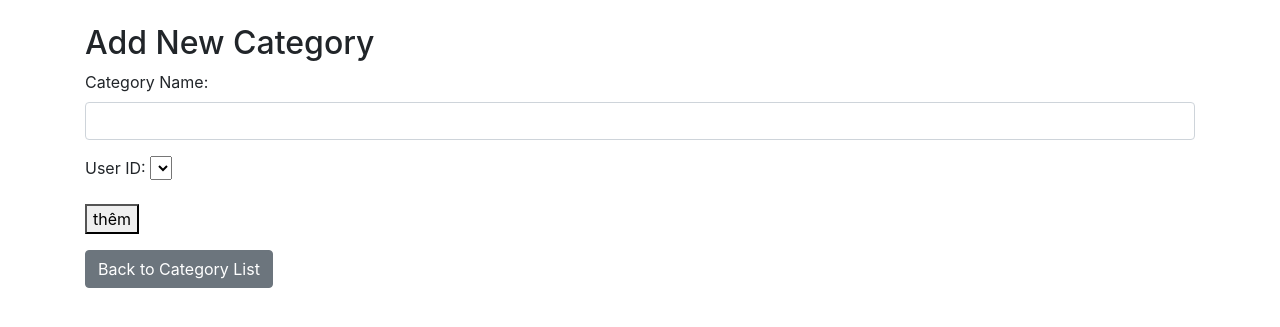
Repository: PhanVanHoa051204/Project3
Page: http://localhost/Project3/ChiTieu/addcategory.jsp
The author's editor kept a copy of each file at every save. The page is drawn from the files as they stood at one save, then again after the next save.
The browser window is 1280 px wide. The pictures show the whole page.
The page is served by Tomcat 9. Other server files are loaded and not shown. Queries for data that is not in the repository find no rows.

Above is the page before, as saved 2025-03-12 14:11:43.

### PhanVanHoa_2210900023_K22CNT1/Project3/src/main/webapp/ChiTieu/addcategory.jsp
<%@ page language="java" contentType="text/html; charset=UTF-8" pageEncoding="UTF-8"%>
<%@ page
	import="com.financemanager.dao.CategoryDAO,com.financemanager.dao.UserDao, com.financemanager.model.Category,com.financemanager.model.User , java.util.*"%>
<!DOCTYPE html>
<html lang="en">
<head>
    <meta charset="UTF-8">
    <meta name="viewport" content="width=device-width, initial-scale=1.0">
    <title>Add New Category</title>
    <link rel="stylesheet" href="https://stackpath.bootstrapcdn.com/bootstrap/4.5.2/css/bootstrap.min.css">
</head>
<body class="container">
    <h2 class="mt-4">Add New Category</h2>

    <!-- Form để thêm danh mục mới -->
    <form action="${pageContext.request.contextPath }/categories" method="post">
    <input type = "hidden" name = "action" value = "add">
        <div class="form-group">
            <label for="category_name">Category Name:</label>
            <input type="text" class="form-control" id="category_name" name="category_name" required>
        </div>

        <div class="form-group">
			<label for="user_id">User ID:</label> <select id="user_id"
				name="user_id">
				<% List<User> listUser = UserDao.getAllUsers();
            	for(User user : listUser ){
            	%>
				<option value="<%= user.getUserId()%>"><%= user.getUserId()%></option>
				<%} %>
			</select>

		</div>

        <button type = "submit">thêm</button>
    </form>

    <!-- Quay lại danh sách danh mục -->
    <a href="categories.jsp" class="btn btn-secondary mt-3">Back to Category List</a>
</body>
</html>

### PhanVanHoa_2210900023_K22CNT1/Project3/src/main/java/com/financemanager/dao/UserDao.java
package com.financemanager.dao;

import java.sql.Connection;
import java.sql.PreparedStatement;
import java.sql.ResultSet;
import java.sql.SQLException;
import java.sql.Statement;
import java.util.ArrayList;
import java.util.List;

import com.financemanager.model.User;
import com.financemanager.util.DatabaseConnection;

public class UserDao {
	private static final String GET_ALL_USERS = "SELECT * FROM users";
    private static final String ADD_USER = "INSERT INTO users (username, password_hash, email) VALUES (?, ?, ?)";

    public static List<User> getAllUsers() {
        List<User> users = new ArrayList<>();
        try (Connection conn = DatabaseConnection.getConnection();
             Statement stmt = conn.createStatement()) {

            ResultSet rs = stmt.executeQuery(GET_ALL_USERS);
            while (rs.next()) {
                User user = new User();
                user.setUserId(rs.getInt("user_id"));
                user.setUsername(rs.getString("username"));
                user.setPasswordHash(rs.getString("password_hash"));
                user.setEmail(rs.getString("email"));
                users.add(user);
            }
        } catch (SQLException e) {
            e.printStackTrace();
        }
        return users;
    }

    public boolean addUser(User user) {
        try (Connection conn = DatabaseConnection.getConnection();
             PreparedStatement pstmt = conn.prepareStatement(ADD_USER)) {

            pstmt.setString(1, user.getUsername());
            pstmt.setString(2, user.getPasswordHash());
            pstmt.setString(3, user.getEmail());
            int rowsAffected = pstmt.executeUpdate();
            return rowsAffected > 0;
        } catch (SQLException e) {
            e.printStackTrace();
        }
        return false;
    }
}

### PhanVanHoa_2210900023_K22CNT1/Project3/src/main/java/com/financemanager/util/DatabaseConnection.java
package com.financemanager.util;

import java.sql.Connection;
import java.sql.DriverManager;
import java.sql.SQLException;

public class DatabaseConnection {
	private static final String JDBC_URL = "jdbc:mysql://localhost:3306/PhanVanHoa_K22CNT2";
	private static final String JDBC_USERNAME = "root";
	private static final String JDBC_PASSWORD = "@Hoa2004";

	public static Connection getConnection() throws SQLException {
		try {
			Class.forName("com.mysql.cj.jdbc.Driver");
		} catch (ClassNotFoundException e) {
			throw new SQLException("Không tìm thấy Driver MySQL", e);
		}
		return DriverManager.getConnection(JDBC_URL, JDBC_USERNAME, JDBC_PASSWORD);
	}
}

After the next save:
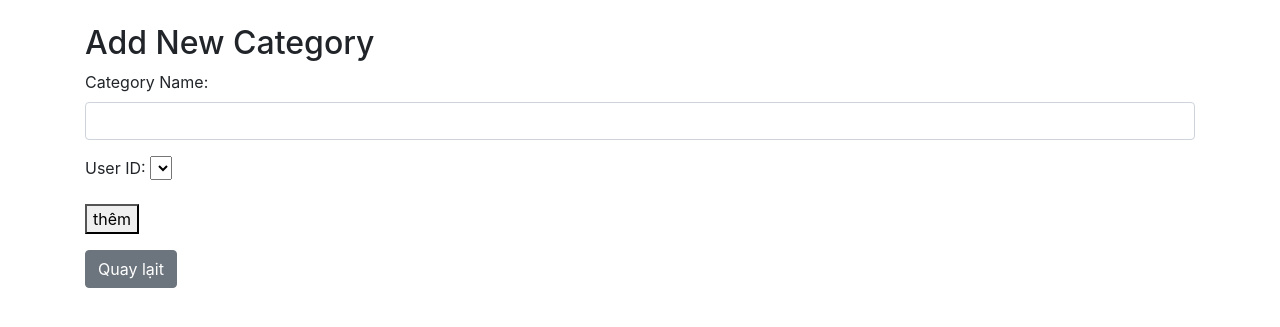
Saved 9 s later.
--- a/PhanVanHoa_2210900023_K22CNT1/Project3/src/main/webapp/ChiTieu/addcategory.jsp
+++ b/PhanVanHoa_2210900023_K22CNT1/Project3/src/main/webapp/ChiTieu/addcategory.jsp
@@ -36,6 +36,6 @@
     </form>
 
     <!-- Quay lại danh sách danh mục -->
-    <a href="categories.jsp" class="btn btn-secondary mt-3">Back to Category List</a>
+    <a href="categories.jsp" class="btn btn-secondary mt-3">Quay lạit</a>
 </body>
 </html>
